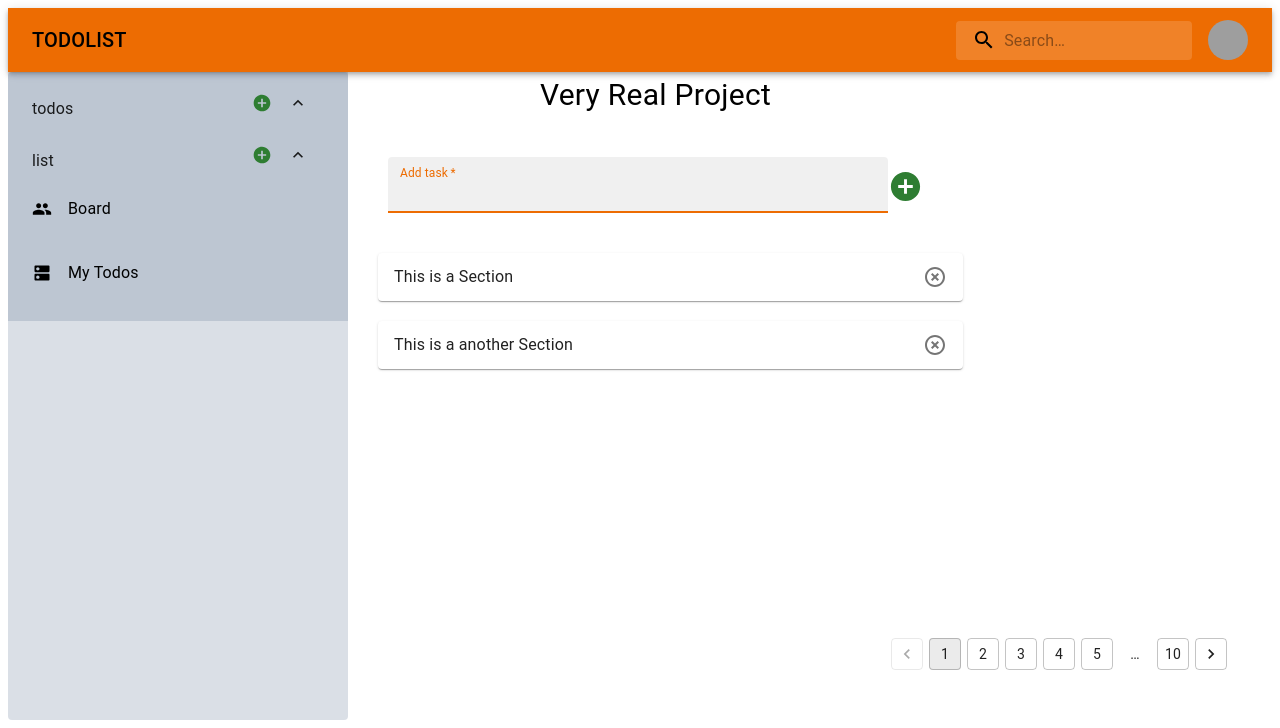
Repository: HrishrathTBS/Trackerbea
Page: /board (app in client/)
These files come from the project's save history. The page is drawn as it stood at one moment and after the next save; the edit follows.
The browser window is 1280 px wide. The pictures show the whole page.
Pictures or frames that could not be fetched are drawn as grey boxes. The project was rebuilt for these pictures with package versions that can differ from the ones it lists, and the page was loaded fresh each time. Also part of the build but not shown: client/src/components/TodoList.js, client/src/components/ListOfBar.js, client/src/components/MyTodos.js.

Above is the page before, as saved 2022-03-09 16:35:48.

### client/public/index.html
<!DOCTYPE html>
<html lang="en">
  <head>
    <meta charset="utf-8" />
    <link rel="icon" href="%PUBLIC_URL%/favicon.ico" />
    <meta name="viewport" content="width=device-width, initial-scale=1" />
    <meta name="theme-color" content="#000000" />
    <meta
      name="description"
      content="Web site created using mernboilerplate"
    />
    <link rel="apple-touch-icon" href="%PUBLIC_URL%/logo192.png" />
    <!--
      manifest.json provides metadata used when your web app is installed on a
      user's mobile device or desktop. See https://developers.google.com/web/fundamentals/web-app-manifest/
    -->
    <link rel="manifest" href="%PUBLIC_URL%/manifest.json" />
    <!--
      Notice the use of %PUBLIC_URL% in the tags above.
      It will be replaced with the URL of the `public` folder during the build.
      Only files inside the `public` folder can be referenced from the HTML.

      Unlike "/favicon.ico" or "favicon.ico", "%PUBLIC_URL%/favicon.ico" will
      work correctly both with client-side routing and a non-root public URL.
      Learn how to configure a non-root public URL by running `npm run build`.
    -->
    <title>MERN App</title>
  </head>
  <body>
    <noscript>You need to enable JavaScript to run this app.</noscript>
    <div id="root"></div>
    <!--
      This HTML file is a template.
      If you open it directly in the browser, you will see an empty page.

      You can add webfonts, meta tags, or analytics to this file.
      The build step will place the bundled scripts into the <body> tag.

      To begin the development, run `npm start` or `yarn start`.
      To create a production bundle, use `npm run build` or `yarn build`.
    -->
  </body>
</html>

### client/src/App.js
import React from 'react';
import { BrowserRouter } from 'react-router-dom';
import AppRoutes from './UseRoutes';

const App = () => {
  return (
    <>
      <BrowserRouter>{<AppRoutes />}</BrowserRouter>
    </>
  );
};

export default App;

### client/src/UseRoutes.js
import React from 'react';
import { useRoutes } from 'react-router-dom';
import Board from './components/Board';
import Layout from './components/Layout';
import MyTodos from './components/MyTodos';

const AppRoutes = () => {
  return useRoutes([
    {
      path: '',
      element: <Layout />,
      children: [
        {
          path: 'board',
          element: <Board />,
        },
        {
          path: 'mytodos',
          element: <MyTodos />,
        },
      ],
    },
  ]);
};

export default AppRoutes;

### client/src/components/Board.js
import React, { useState } from 'react';
import AddCircleIcon from '@mui/icons-material/AddCircle';
import { Box, FormControl, FormControlLabel, FormLabel, Grid, Radio, RadioGroup, TextField } from '@mui/material';
import TodoList from './TodoList';
import { Typography } from '@material-ui/core';
import { Accordion, AccordionDetails, AccordionSummary } from '@mui/material';
import ExpandMoreIcon from '@mui/icons-material/HighlightOff';
import Pagination from '@mui/material/Pagination';
import Stack from '@mui/material/Stack';
const Board = () => {
  const [list, setList] = useState('');
  const [items, setItems] = useState([]);
  const [value, setValue] = useState('This is a task');
  const [data, setData] = useState('This is another task');

  const handleChange = (e) => {
    setList(e.target.value);
  };

  const handleClick = () => {
    if (list == '') {
    } else {
      setItems((oldItems) => {
        return [...oldItems, list];
      });
      setList('');
    }
  };
  const deleteItem = (id) => {
    setItems((oldItems) => {
      return oldItems.filter((curEle, index) => {
        return index !== id;
      });
    });
  };
  const handleChanges = (event) => {
    setValue(event.target.value);
  };
  const handleChange1 = (event) => {
    setData(event.target.value);
  };
  return (
    <>
      <div>
        <Typography style={{ textAlign: 'center', fontSize: '30px' }}>Very Real Project</Typography>
        <Box style={{ display: 'flex' }} mx={5} my={3}>
          <Grid item xs={12} style={{ width: '500px' }} py={2}>
            <TextField autoComplete='text' value={list} color='warning' variant='filled' fullWidth label='Add task' onChange={handleChange} autoFocus required />
          </Grid>
          <AddCircleIcon style={{ marginTop: '28' }} color='success' fontSize='large' onClick={handleClick} />
        </Box>
        <ol>
          {items.map((itemval, index) => (
            <TodoList key={index} id={index} text={itemval} onSelect={deleteItem} />
          ))}
        </ol>
        <div style={{ marginLeft: '30px' }}>
          <Accordion>
            <AccordionSummary expandIcon={<ExpandMoreIcon />} aria-controls='panel1a-content' id='panel1a-header'>
              <Typography>This is a Section</Typography>
            </AccordionSummary>
            <AccordionDetails>
              <FormControl>
                <FormLabel id='demo-controlled-radio-buttons-group'></FormLabel>
                <RadioGroup aria-labelledby='demo-controlled-radio-buttons-group' name='controlled-radio-buttons-group' value={value} onChange={handleChanges}>
                  <FormControlLabel value='this is a task' control={<Radio />} label='This is a task' />
                  <FormControlLabel value='this is a another task' control={<Radio />} label='This is a another task' />
                </RadioGroup>
              </FormControl>
            </AccordionDetails>
          </Accordion>
        </div>
        <div style={{ marginLeft: '30px', marginTop: '20px' }}>
          <Accordion>
            <AccordionSummary expandIcon={<ExpandMoreIcon />} aria-controls='panel1a-content' id='panel1a-header'>
              <Typography>This is a another Section</Typography>
            </AccordionSummary>
            <AccordionDetails>
              <FormControl>
                <FormLabel id='demo-controlled-radio-buttons-group'></FormLabel>
                <RadioGroup aria-labelledby='demo-controlled-radio-buttons-group' name='controlled-radio-buttons-group' value={data} onChange={handleChange1}>
                  <FormControlLabel value='it has sub task' control={<Radio />} label='it has sub task' />
                  <FormControlLabel value='so many sub task' control={<Radio />} label='so many sub task' />
                  <FormControlLabel
                    value='Honesty this is already three layers do you really need more'
                    control={<Radio />}
                    label='Honesty this is already three layers do you really need more'
                  />
                </RadioGroup>
              </FormControl>
            </AccordionDetails>
          </Accordion>
        </div>
      </div>
      <div style={{ display: 'flex', justifyContent: 'space-between', position: 'absolute', bottom: '50px', right: '50px' }}>
        <Stack spacing={2}>
          <Pagination count={10} variant='outlined' shape='rounded' />
        </Stack>
      </div>
    </>
  );
};

export default Board;

### client/src/components/Layout.js
import React from 'react';
import { Outlet } from 'react-router-dom';
import Header from './Header';
import SideBar from './SideBar';

const Layout = () => {
  return (
    <>
      <Header />
      <div style={{ display: 'flex' }}>
        <SideBar />
        {<Outlet />}
      </div>
    </>
  );
};

export default Layout;

### client/src/components/Header.js
import * as React from 'react';
import AppBar from '@mui/material/AppBar';
import Box from '@mui/material/Box';
import Toolbar from '@mui/material/Toolbar';
import IconButton from '@mui/material/IconButton';
import Typography from '@mui/material/Typography';
import Menu from '@mui/material/Menu';
import MenuIcon from '@mui/icons-material/Menu';
import Container from '@mui/material/Container';
import Avatar from '@mui/material/Avatar';
import Tooltip from '@mui/material/Tooltip';
import MenuItem from '@mui/material/MenuItem';
import SearchIcon from '@mui/icons-material/Search';
import { styled, alpha } from '@mui/material/styles';
import { InputBase } from '@mui/material';

const pages = ['Header'];
const settings = ['Profile', 'Account', 'Dashboard', 'Logout'];

const Search = styled('div')(({ theme }) => ({
  position: 'relative',
  borderRadius: theme.shape.borderRadius,
  backgroundColor: alpha(theme.palette.common.white, 0.15),
  '&:hover': {
    backgroundColor: alpha(theme.palette.common.white, 0.25),
  },
  marginRight: theme.spacing(2),
  marginLeft: 0,
  width: '100%',
  [theme.breakpoints.up('sm')]: {
    marginLeft: theme.spacing(3),
    width: 'auto',
  },
}));
const SearchIconWrapper = styled('div')(({ theme }) => ({
  padding: theme.spacing(0, 2),
  height: '100%',
  position: 'absolute',
  pointerEvents: 'none',
  color: 'black',
  display: 'flex',
  alignItems: 'center',
  justifyContent: 'center',
}));
const StyledInputBase = styled(InputBase)(({ theme }) => ({
  color: 'black',
  '& .MuiInputBase-input': {
    padding: theme.spacing(1, 1, 1, 0),
    paddingLeft: `calc(1em + ${theme.spacing(4)})`,
    transition: theme.transitions.create('width'),
    width: '100%',
    [theme.breakpoints.up('md')]: {
      width: '20ch',
    },
  },
}));

const Header = () => {
  const [anchorElNav, setAnchorElNav] = React.useState(null);
  const [anchorElUser, setAnchorElUser] = React.useState(null);

  const handleOpenNavMenu = (event) => {
    setAnchorElNav(event.currentTarget);
  };
  const handleOpenUserMenu = (event) => {
    setAnchorElUser(event.currentTarget);
  };

  const handleCloseNavMenu = () => {
    setAnchorElNav(null);
  };

  const handleCloseUserMenu = () => {
    setAnchorElUser(null);
  };

  return (
    <AppBar position='static' color='warning'>
      <Container maxWidth='xl'>
        <Toolbar disableGutters>
          <Typography variant='h6' noWrap component='div' sx={{ mr: 2, display: { xs: 'none', md: 'flex', color: 'black' } }}>
            TODOLIST
          </Typography>
          <Box sx={{ flexGrow: 1, display: { xs: 'flex', md: 'none' } }}>
            <IconButton size='large' aria-label='account of current user' aria-controls='menu-appbar' aria-haspopup='true' onClick={handleOpenNavMenu} color='inherit'>
              <MenuIcon />
            </IconButton>
            <Menu
              id='menu-appbar'
              anchorEl={anchorElNav}
              anchorOrigin={{
                vertical: 'bottom',
                horizontal: 'left',
              }}
              keepMounted
              transformOrigin={{
                vertical: 'top',
                horizontal: 'left',
              }}
              open={Boolean(anchorElNav)}
              onClose={handleCloseNavMenu}
              sx={{
                display: { xs: 'block', md: 'none' },
              }}
            >
              {pages.map((page) => (
                <MenuItem key={page} onClick={handleCloseNavMenu}>
                  <Typography textAlign='center'>{page}</Typography>
                </MenuItem>
              ))}
            </Menu>
          </Box>

          <Typography variant='h6' noWrap component='div' sx={{ flexGrow: 1, display: { xs: 'flex', md: 'none' } }}>
            TODOLIST
          </Typography>
          <Box sx={{ flexGrow: 1, display: { xs: 'none', md: 'flex' } }}></Box>
          <Search>
            <SearchIconWrapper>
              <SearchIcon />
            </SearchIconWrapper>
            <StyledInputBase placeholder='Search…' inputProps={{ 'aria-label': 'search' }} />
          </Search>
          <Box sx={{ flexGrow: 0 }}>
            <Tooltip title='Open settings'>
              <IconButton onClick={handleOpenUserMenu} sx={{ p: 0 }}>
                <Avatar alt='Remy Sharp' src='/static/images/avatar/2.jpg' />
              </IconButton>
            </Tooltip>
            <Menu
              sx={{ mt: '45px' }}
              id='menu-appbar'
              anchorEl={anchorElUser}
              anchorOrigin={{
                vertical: 'top',
                horizontal: 'right',
              }}
              keepMounted
              transformOrigin={{
                vertical: 'top',
                horizontal: 'right',
              }}
              open={Boolean(anchorElUser)}
              onClose={handleCloseUserMenu}
            >
              {settings.map((setting) => (
                <MenuItem key={setting} onClick={handleCloseUserMenu}>
                  <Typography textAlign='center'>{setting}</Typography>
                </MenuItem>
              ))}
            </Menu>
          </Box>
        </Toolbar>
      </Container>
    </AppBar>
  );
};
export default Header;

### client/src/components/SideBar.js
import * as React from 'react';
import Box from '@mui/material/Box';
import { styled, ThemeProvider, createTheme } from '@mui/material/styles';
import Divider from '@mui/material/Divider';
import List from '@mui/material/List';
import ListItemButton from '@mui/material/ListItemButton';
import ListItemIcon from '@mui/material/ListItemIcon';
import ListItemText from '@mui/material/ListItemText';
import Paper from '@mui/material/Paper';
import People from '@mui/icons-material/People';
import Dns from '@mui/icons-material/Dns';
import ListItem from './ListItem';

const data = [
  { icon: <People />, label: 'Board', link: '/board' },
  { icon: <Dns />, label: 'My Todos ', link: '/mytodos' },
];

const FireNav = styled(List)({
  '& .MuiListItemButton-root': {
    paddingLeft: 24,
    paddingRight: 24,
  },
  '& .MuiListItemIcon-root': {
    minWidth: 0,
    marginRight: 16,
  },
  '& .MuiSvgIcon-root': {
    fontSize: 20,
  },
});

export default function CustomizedList() {
  const [open, setOpen] = React.useState(true);

  return (
    <Box sx={{ display: 'flex', height: '90vh' }}>
      <ThemeProvider
        theme={createTheme({
          components: {
            MuiListItemButton: {
              defaultProps: {
                disableTouchRipple: true,
              },
            },
          },
          palette: {
            background: { paper: 'rgba(71, 98, 130, 0.2)' },
          },
        })}
      >
        <Paper elevation={0} sx={{ maxWidth: 370 }}>
          <FireNav component='nav' disablePadding>
            <Divider />
            <Box
              sx={{
                bgcolor: open ? 'rgba(71, 98, 130, 0.2)' : null,
                pb: open ? 2 : 0,
              }}
            >
              <ListItem primary='todos' />
              <ListItem primary='list' />
              {open &&
                data.map((item) => (
                  <ListItemButton key={item.label} sx={{ py: 2, minHeight: 32, color: 'rgba(0,0,0,1)', justifyContent: 'flex-start' }}>
                    <ListItemIcon sx={{ color: 'inherit' }}>{item.icon}</ListItemIcon>
                    <ListItemText>
                      <a href={item.link} style={{ textDecoration: 'none', color: 'black' }}>
                        {item.label}
                      </a>
                    </ListItemText>
                  </ListItemButton>
                ))}
            </Box>
          </FireNav>
        </Paper>
      </ThemeProvider>
    </Box>
  );
}

### client/src/components/ListItem.js
import { ListItemText } from '@mui/material';
import ListItemButton from '@mui/material/ListItemButton';
import AddCircleIcon from '@mui/icons-material/AddCircle';
import KeyboardArrowDown from '@mui/icons-material/KeyboardArrowDown';
import React from 'react';
const ListItem = ({ primary }) => {
  const [open, setOpen] = React.useState(true);
  return (
    <ListItemButton
      alignItems='flex-start'
      sx={{
        px: 3,
        pt: 2.5,
        pb: open ? 0 : 2.5,
        '&:hover, &:focus': { '& svg': { opacity: open ? 1 : 1 } },
      }}
    >
      <ListItemText
        primary={primary}
        primaryTypographyProps={{
          fontSize: 20,
          width: '220px',
          fontWeight: 'medium',
          lineHeight: '20px',
          mb: '2px',
        }}
      />
      <AddCircleIcon color='success' />
      <KeyboardArrowDown
        onClick={() => setOpen(!open)}
        sx={{
          opacity: 1,
          px: 2,
          transform: open ? 'rotate(-180deg)' : 'rotate(0)',
          transition: '0.5s',
        }}
      />
    </ListItemButton>
  );
};
export default ListItem;

Loaded but not shown: client/src/index.js (common file)

After the next save:
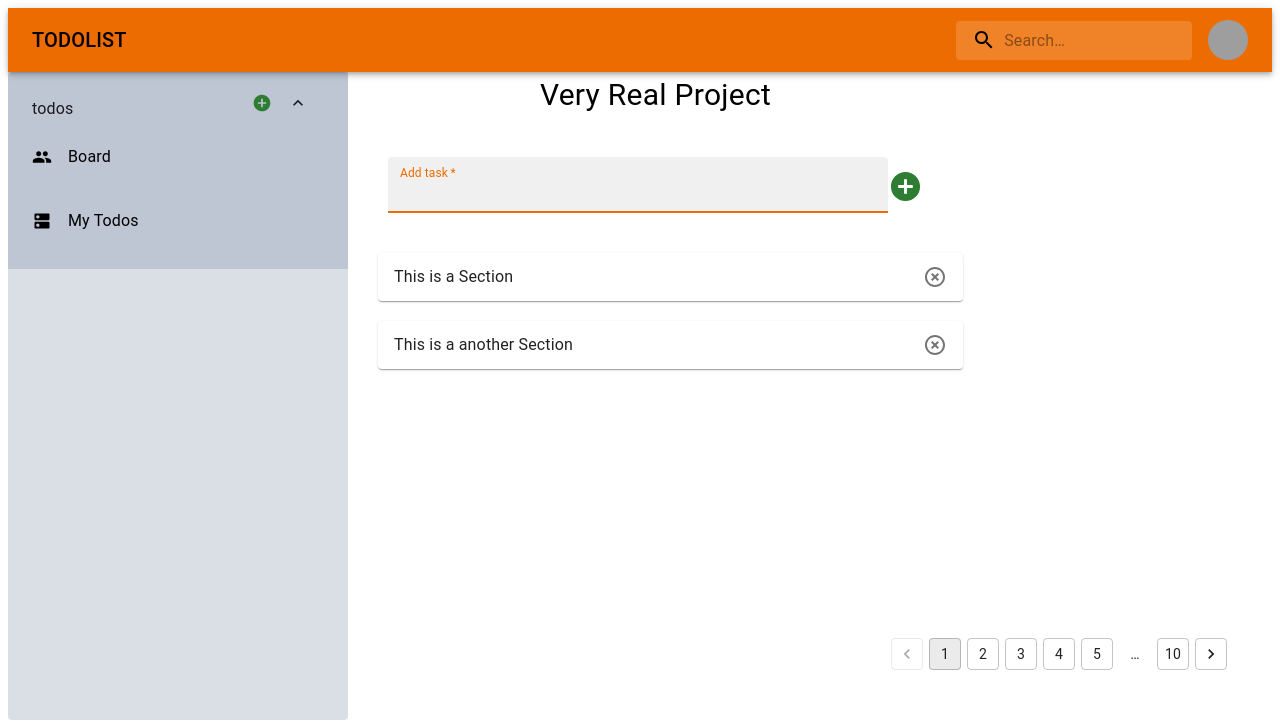
Saved 3 min 33 s later.
--- a/client/src/components/SideBar.js
+++ b/client/src/components/SideBar.js
@@ -59,7 +59,6 @@ export default function CustomizedList() {
               }}
             >
               <ListItem primary='todos' />
-              <ListItem primary='list' />
               {open &&
                 data.map((item) => (
                   <ListItemButton key={item.label} sx={{ py: 2, minHeight: 32, color: 'rgba(0,0,0,1)', justifyContent: 'flex-start' }}>
